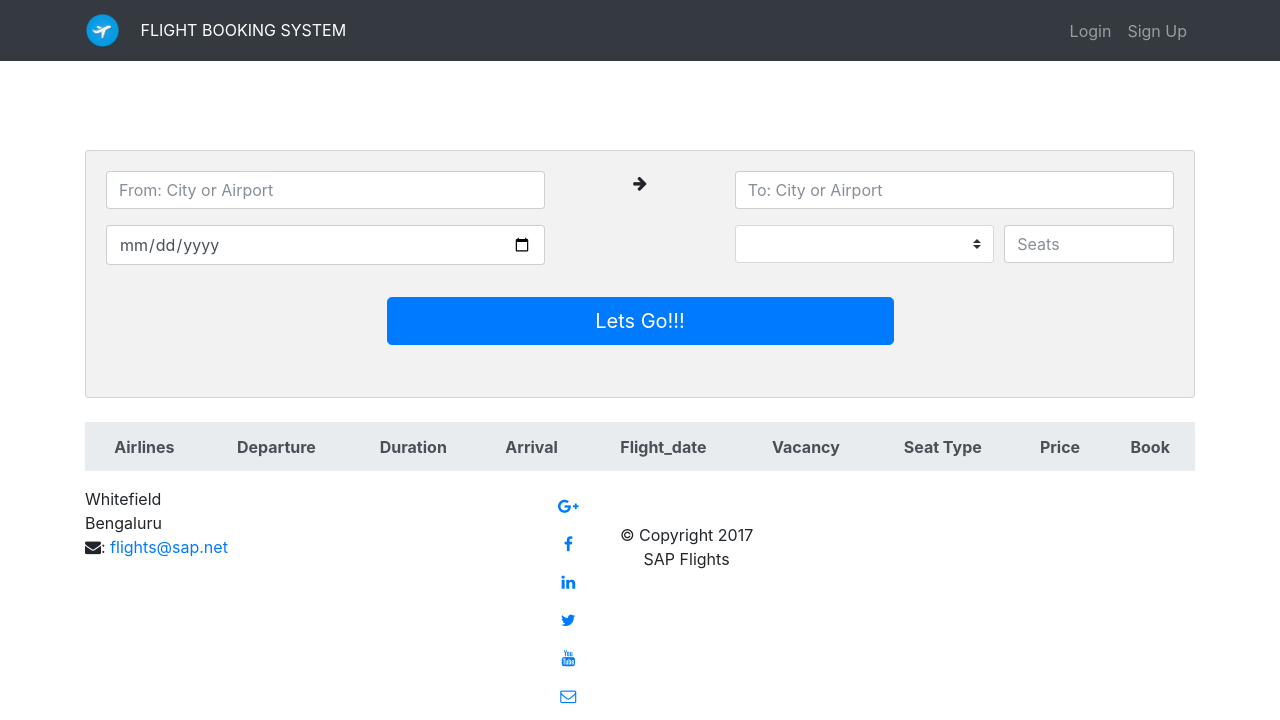
Repository: yashtatia/Spring-Practice
Page: http://localhost/FitnessTracker/WEB-INF/jsp/flightpage.jsp
These files come from the project's save history. The page is drawn as it stood at one moment and after the next save; the edit follows.
The browser window is 1280 px wide. The pictures show the whole page.
Some web libraries are served in a nearby version. The page is served by Tomcat 9. Nobody is signed in. The template is opened directly, without the code that normally fills it, so the values that code supplies are empty.

Above is the page before, as saved 2017-09-05 20:26:33.

After the next save:
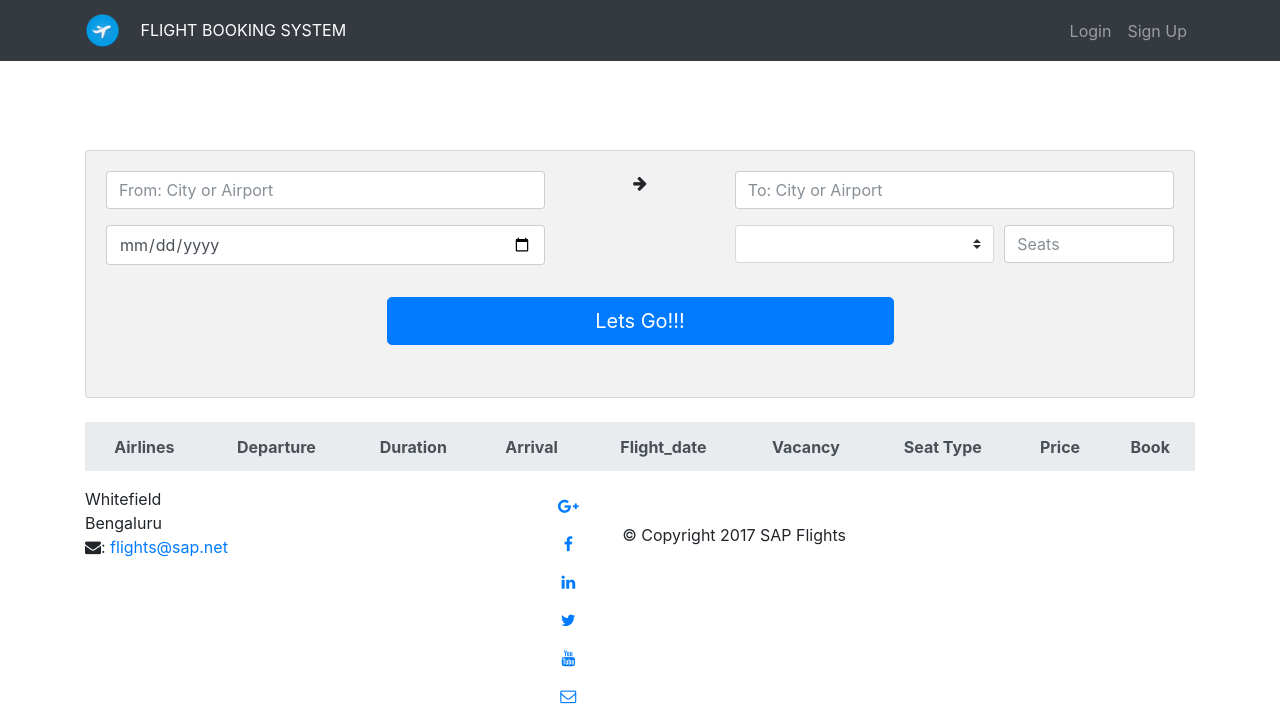
Saved 16 s later.
--- a/FitnessTracker/src/main/webapp/WEB-INF/jsp/footer.jsp
+++ b/FitnessTracker/src/main/webapp/WEB-INF/jsp/footer.jsp
@@ -22,7 +22,7 @@
                         <a class="btn btn-social-icon" href="mailto:"><i class="fa fa-envelope-o"></i></a>
                     </div>
                 </div>
-                <div class="col-md-2">
+                <div class="col-md-3">
                     <p style="padding:10px;"></p>
                     <p align=center> &copy; Copyright 2017 SAP Flights</p>
                 </div>
